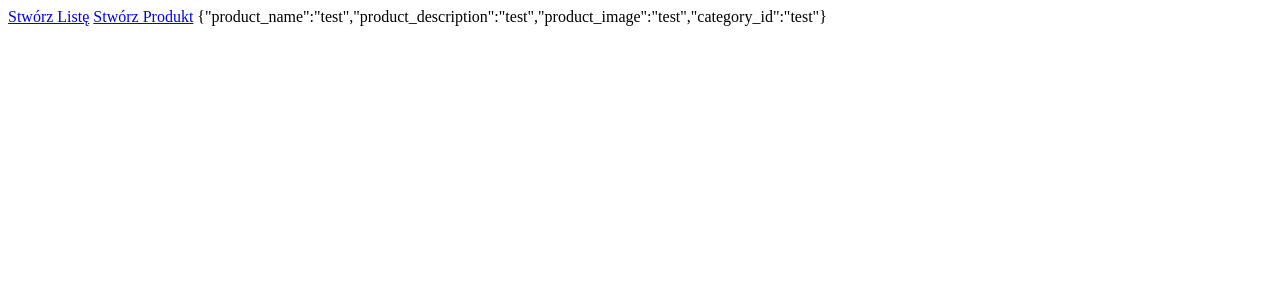
Repository: alphatra/Task-menager
Page: http://localhost/php/src/views/createProduct.php
These files come from the project's save history. The page is drawn as it stood at one moment and after the next save; the edit follows.
The browser window is 1280 px wide. The pictures show the whole page.
The page is run by PHP 8.4 with error messages shown; the project is at /var/www/html/.

Above is the page before, as saved 2023-02-05 23:01:32.

### php/src/views/createProduct.php
<!DOCTYPE html>
<html lang="en">
<head>
    <meta charset="UTF-8">
    <meta http-equiv="X-UA-Compatible" content="IE=edge">
    <meta name="viewport" content="width=device-width, initial-scale=1.0">
    <title>Document</title>
</head>
<body>
    <a href="views/createList.php">Stwórz Listę</a>
    <a href="views/createList.php">Stwórz Produkt</a>
</body>
</html>
<?php
require_once('../model/CRUD.php');
require_once('../model/product_model.php');
$produkt = new productModel("test", "test", "test", "test");
echo $produkt->returnObject();
?>

### php/src/model/CRUD.php
<?php
class db{
    private $conn;
    public $servername;
    public $username;
    public $password;
    public $database;
    public $tablename;

    public function __construct($host="db", $database="mydb",
                                $username="root", $password="root"){
        $this->host = $host;
        $this->database = $database;
        $this->username = $username;
        $this->password = $password;

        try {
            // Tworzenie połączenia
            $this->conn = new mysqli($host, $username, $password, $database);
        } catch (Exception $e) {
            // Sprawdzanie połączenia
            die("Connection failed: " . mysqli_connect_error());

        }

        return $this->conn;
    }

    // Wyświetlanie list z bazy danych
    public function getData($tablename="list"){
        $this->tablename = $tablename;
        $query = "SELECT * FROM $this->tablename";
        $stmt = $this->conn->prepare($query);
        $stmt->execute();
        $result = $stmt->get_result();

        return json_encode($result->fetch_all(MYSQLI_ASSOC));
    }

    // Wyświetlanie list z bazy danych wraz z wyszukiwaniem
    public function searchData($tablename="", $search=""){
        $this->tablename = "list";
        $this->search = $search;
        $query = "SELECT * FROM $this->tablename WHERE name LIKE '$this->search%'";
        $result = mysqli_query($this->conn, $query);
        $result = mysqli_fetch_all($result, MYSQLI_ASSOC);

        return json_encode($result);
    }
    /*
    public function searchData($tablename="", $search=""){
        $this->tablename = "list";
        $this->search = "{$search}%";
        $query = "SELECT * FROM $this->tablename WHERE name LIKE ?";
        $stmt = $this->conn->prepare($query);
        $stmt->bind_param("s",$search);
        $stmt->execute();
        $result = $stmt->get_result();

        return json_encode($result->fetch_all(MYSQLI_ASSOC));
    }
    */

    // Dodawanie produktów do bazy danych
    public function createProduct($Data){
        $product_name = $this->product_name;
        $product_description = $this->product_description;
        $product_image = $this->product_image;
        $category_id = $this->category_id;

        $stmt = $this->conn->prepare('INSERT INTO products (product_name, product_description, product_image, category_id) VALUES (?, ?, ?, ?)');
        $stmt->bindParam(1, $product_name);
        $stmt->bindParam(2, $product_description);
        $stmt->bindParam(3, $product_image);
        $stmt->bindParam(4, $category_id);
        if ($stmt->execute()) {
            return true;
        } else {
            return false;
        }
    }
    public function test($Data){
        return $this->product_name;
    }
}
?>

### php/src/model/product_model.php
<?php
class productModel{
    public $product_name;
    public $product_description;
    public $product_image;
    public $category_id;

    public function __construct($product_name, $product_description, $product_image, $category_id) {
        $this->product_name = $product_name;
        $this->product_description = $product_description;
        $this->product_image = $product_image;
        $this->category_id = $category_id;
    }

    public function getName() {
        return $this->product_name;
    }

    public function getDescription() {
        return $this->product_description;
    }

    public function getImage() {
        return $this->product_image;
    }

    public function getCategory() {
        return $this->category_id;
    }

    public function test() {
        $product_name = $this->getName();
        $product_description = $this->getDescription();
        $product_image = $this->getImage();
        $category_id = $this->getCategory();
        return $product_name . $product_description . $product_image . $category_id;
    }

    public function returnObject() {
        return json_encode(get_object_vars($this));
    }
    /*
    {
        id_product: ,
        product_name: 'Product 1',
        product_description: 'Description of product 1',
        product_image: 'product1.jpg'
    }
    */

}
?>

After the next save:
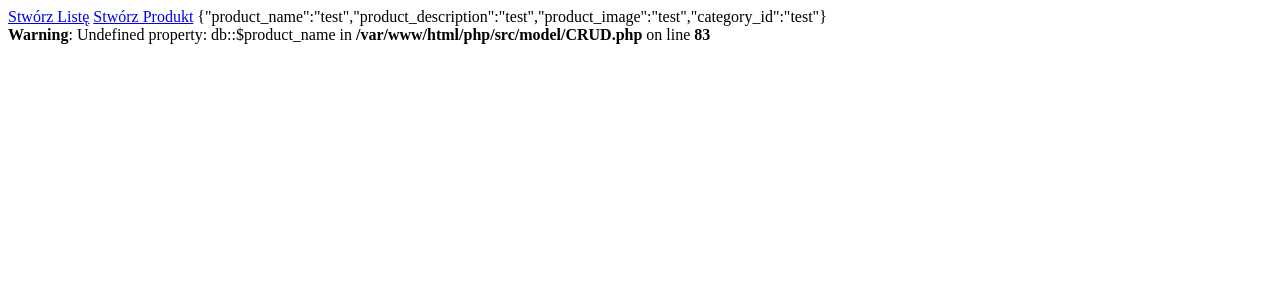
Saved 3 min 21 s later.
--- a/php/src/views/createProduct.php
+++ b/php/src/views/createProduct.php
@@ -14,6 +14,8 @@
 <?php
 require_once('../model/CRUD.php');
 require_once('../model/product_model.php');
+$db = new db();
 $produkt = new productModel("test", "test", "test", "test");
 echo $produkt->returnObject();
+echo $db->test($produkt);
 ?>
